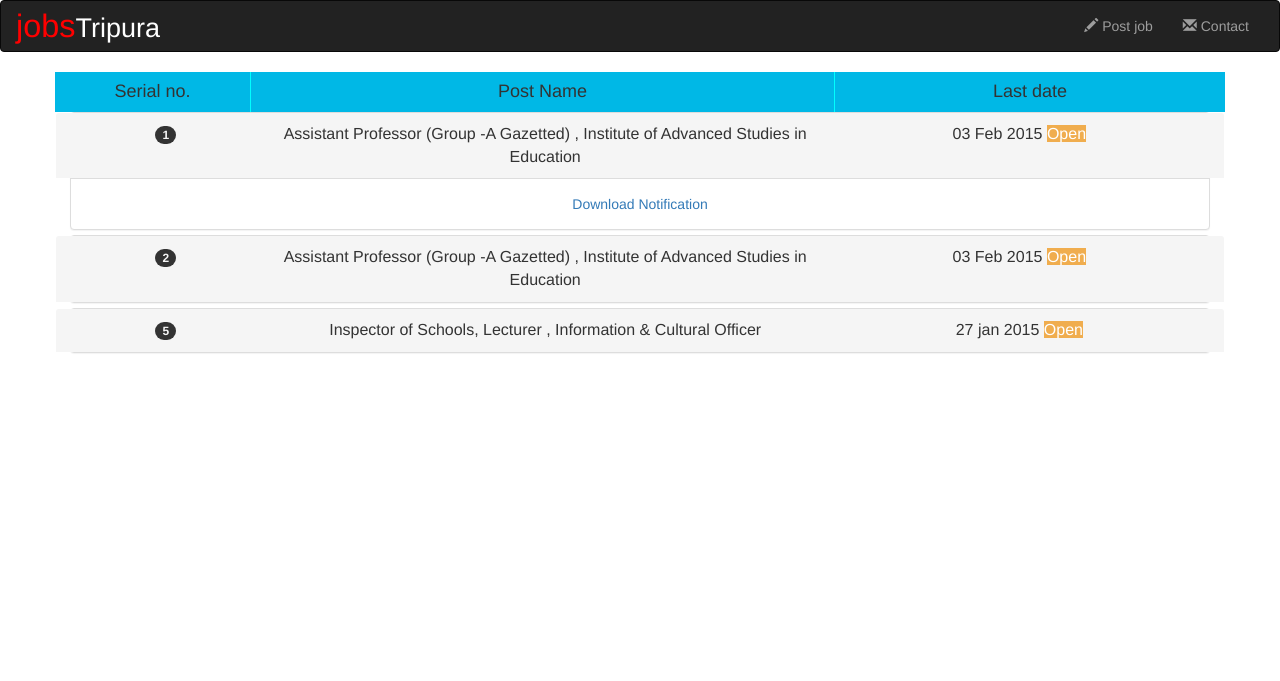
Repository: jobstripura/jobstripura.github.io
Page: index.html
The author's editor kept a record of every edit. The page is drawn from the files as they stood at one moment, then again after the next edit.
The browser window is 1280 px wide. The pictures show the whole page.
Some web libraries are served in a nearby version.

Above is the page before.

After the next edit:
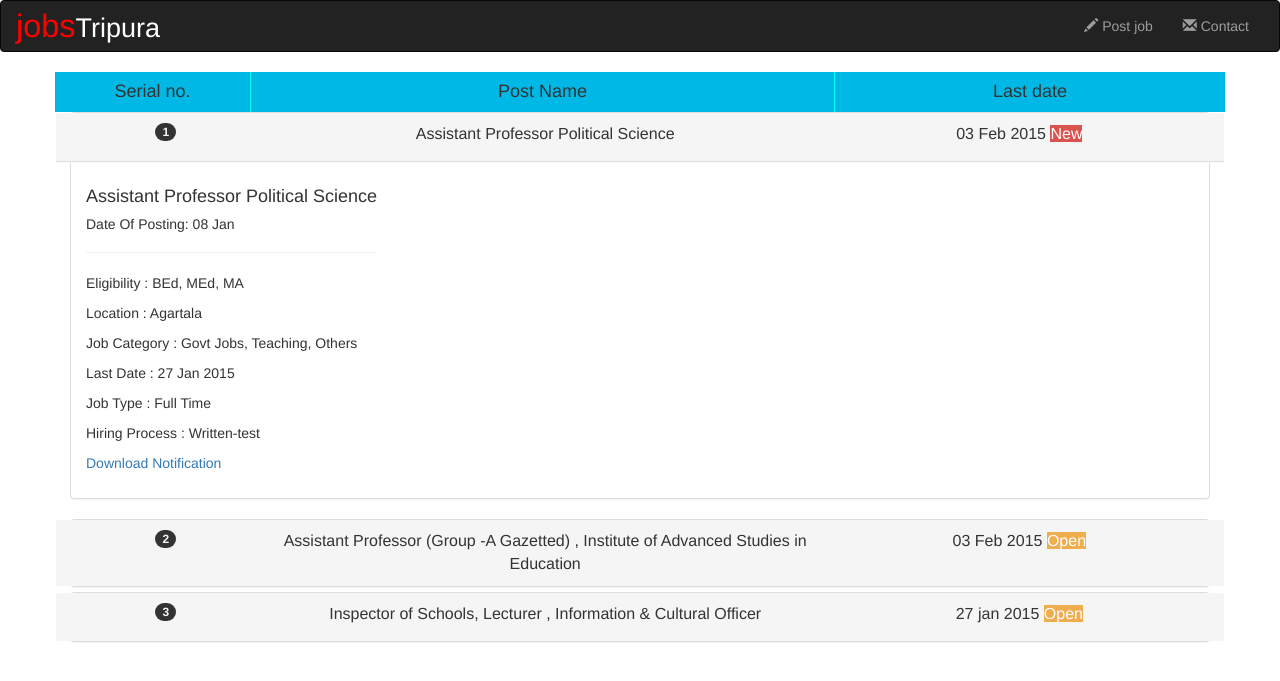
Not found: myscript.js
The edit:
--- a/index.html
+++ b/index.html
@@ -7,8 +7,10 @@
   <meta name="viewport" content="width=device-width, initial-scale=1">
   <link rel="stylesheet" href="http://maxcdn.bootstrapcdn.com/bootstrap/3.2.0/css/bootstrap.min.css">
   <script src="https://ajax.googleapis.com/ajax/libs/jquery/1.11.1/jquery.min.js"></script>
+
   <script src="http://maxcdn.bootstrapcdn.com/bootstrap/3.2.0/js/bootstrap.min.js"></script>
     <link rel="stylesheet" href="mystyle.css">
+    <script type="text/javascript" src="myscript.js"></script>
 </head>
 <body>
 
@@ -37,25 +39,54 @@
              <div class="col-xs-12 col-md-6" style="border-right:1px solid aqua;border-left:1px solid aqua;"><h4>Post Name</h4></div>
              <div class="col-xs-12 col-md-4"><h4>Last date</h4></div>
          </div>
-   <!--job panel startes bellow-->
+<!--job panel startes bellow-->
+          <div class="panel panel-default">
+       <div class="panel-heading row" data-toggle="collapse" data-parent="#accordion" href="#collapse1">
+             <div class="col-xs-12 col-md-2 panel-title"><p class="badge jobno"></p></div>
+           <!----NEW JOB----->
+           <div class="col-xs-12 col-md-6 panel-title">
+               <!------JOB TITLE--->
+               Assistant Professor Political Science
+               <!------JOB TITLE---></div>
+            <div class="col-xs-12 col-md-4 panel-title">
+                <!---LAST DATE--->
+                03 Feb 2015
+                <span class="btn-danger">
+                    <!---JOB STATUS (New/ Open/ Closed)--->
+                    New
+                    <!---JOBSTATUS--->
+                </span></div>
+                 </div>
+       <div id="collapse1" class="panel-collapse collapse in">
+              <div class="panel-body">
+                <div class="jobdetails">
+                    <!---JOB DATA--->
+                    <h4><!---job title---> Assistant Professor Political Science<!---job title---> </h4>
+                    <h5>Date Of Posting: <!---DOP--->08 Jan<!---DOP---></h5>
+                    <hr>
+                    <p>Eligibility : BEd, MEd, MA</p>
+                    <p>Location : Agartala<p>
+                    <p>Job Category : Govt Jobs, Teaching, Others</p>
+                    <p>Last Date : 27 Jan 2015</p>
+                    <p>Job Type : Full Time</p>
+                    <p>Hiring Process : Written-test</p>
+
+                    <p>
+                        <!---DOWNLOAD LINK--->
+                        <a  href="http://www.tpsc.gov.in/2015/030115.pdf" target="_blank">
+                            Download Notification
+                        </a>
+                    </p>
+                </div>
+           </div>
+     </div>
+</div>
+
+<!--job panel startes bellow-->
       <div class="panel-group" id="accordion">
-          <!----job starts----->
         <div class="panel panel-default">
            <div class="panel-heading row" data-toggle="collapse" data-parent="#accordion" href="#collapse1">
-                 <div class="col-xs-12 col-md-2 panel-title"><span class="badge">1</span></div>
-                 <div class="col-xs-12 col-md-6 panel-title">Assistant Professor (Group -A Gazetted) , Institute of Advanced Studies in Education</div>
-                 <div class="col-xs-12 col-md-4 panel-title">03 Feb 2015 <span class="btn-warning">Open</span></div>
-            </div>
-
-
-              <div id="collapse1" class="panel-collapse collapse in">
-            <div class="panel-body"><a href="https://drive.google.com/file/d/0B1VTpwjWY-j1VTllN3hwUk13c3c/view?usp=sharing" target="_blank">Download  Notification</a></div>
-          </div>
-        </div>
-           <!--end of 1st panel -->
-           <div class="panel panel-default">
-           <div class="panel-heading row" data-toggle="collapse" data-parent="#accordion" href="#collapse1">
-                 <div class="col-xs-12 col-md-2 panel-title"><span class="badge">2</span></div>
+                 <div class="col-xs-12 col-md-2 panel-title"><p class="badge jobno"></p></div>
                  <div class="col-xs-12 col-md-6 panel-title">Assistant Professor (Group -A Gazetted) , Institute of Advanced Studies in Education</div>
                  <div class="col-xs-12 col-md-4 panel-title">03 Feb 2015 <span class="btn-warning">Open</span></div>
             </div>
@@ -65,15 +96,16 @@
             <div class="panel-body"><a href="https://drive.google.com/file/d/0B1VTpwjWY-j1VTllN3hwUk13c3c/view?usp=sharing" target="_blank">Download  Notification</a></div>
           </div>
         </div>
-           <!--job panel startes bellow-->
+
+<!--end of 1st panel -->
+
+<!--job panel startes bellow-->
            <div class="panel panel-default">
            <div class="panel-heading row" data-toggle="collapse" data-parent="#accordion" href="#collapse2">
-                 <div class="col-xs-12 col-md-2 panel-title"><span class="badge">5</span></div>
+                 <div class="col-xs-12 col-md-2 panel-title"><p class="badge jobno"></p></div>
                  <div class="col-xs-12 col-md-6 panel-title">Inspector of Schools, Lecturer , Information & Cultural Officer</div>
                  <div class="col-xs-12 col-md-4 panel-title">27 jan 2015 <span class="btn-warning">Open</span></div>
             </div>
-
-
 
               <div id="collapse2" class="panel-collapse collapse">
             <div class="panel-body">
@@ -90,10 +122,22 @@
 </div></div>
           </div>
         </div>
-               <!--end of panel -->
+<!--end of JOB panel -->
 
 
       </div>
+<!----script------>
+<script type="text/javascript">
+var job = document.getElementsByClassName("jobno");
+var i;
+for( i=0;i<job.length;i++)
+{
+    job[i].innerHTML =i+1;
+}
+</script>
+
+
+<!----end ------>
 
     <!-- Start of StatCounter Code for Default Guide -->
 <script type="text/javascript">
